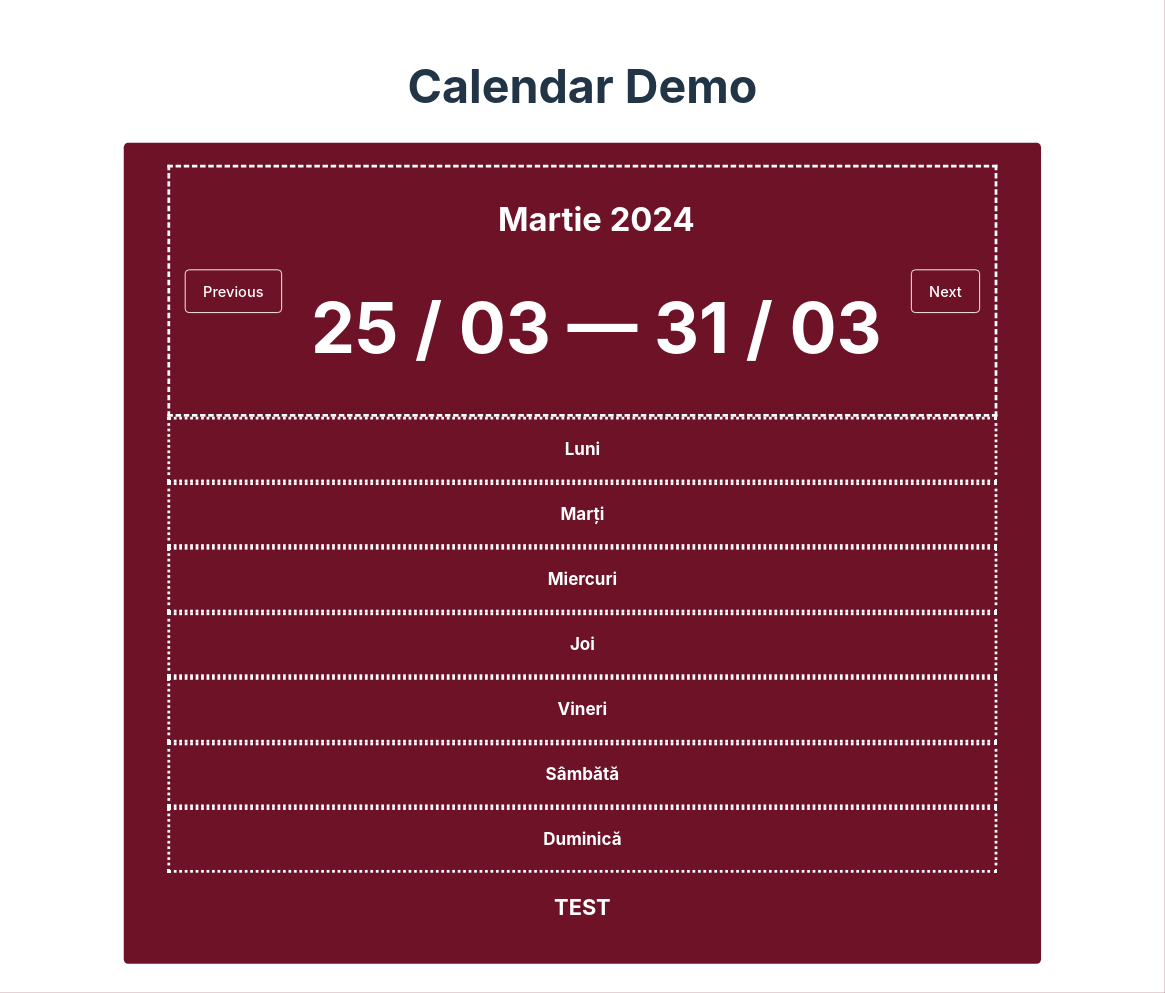
Repository: Maryie-B/weekly-calendar-scheduler
Page: /
The author's editor kept a copy of each file at every save. The page is drawn from the files as they stood at one save, then again after the next save.
The browser window is 1280 px wide. The pictures show the whole page, at 91% of full size.
The project was rebuilt for these pictures with package versions that can differ from the ones it lists, and the page was loaded fresh each time. Also part of the build but not shown: vite.config.js.

Above is the page before, as saved 2024-03-26 15:10:22.

After the next save:
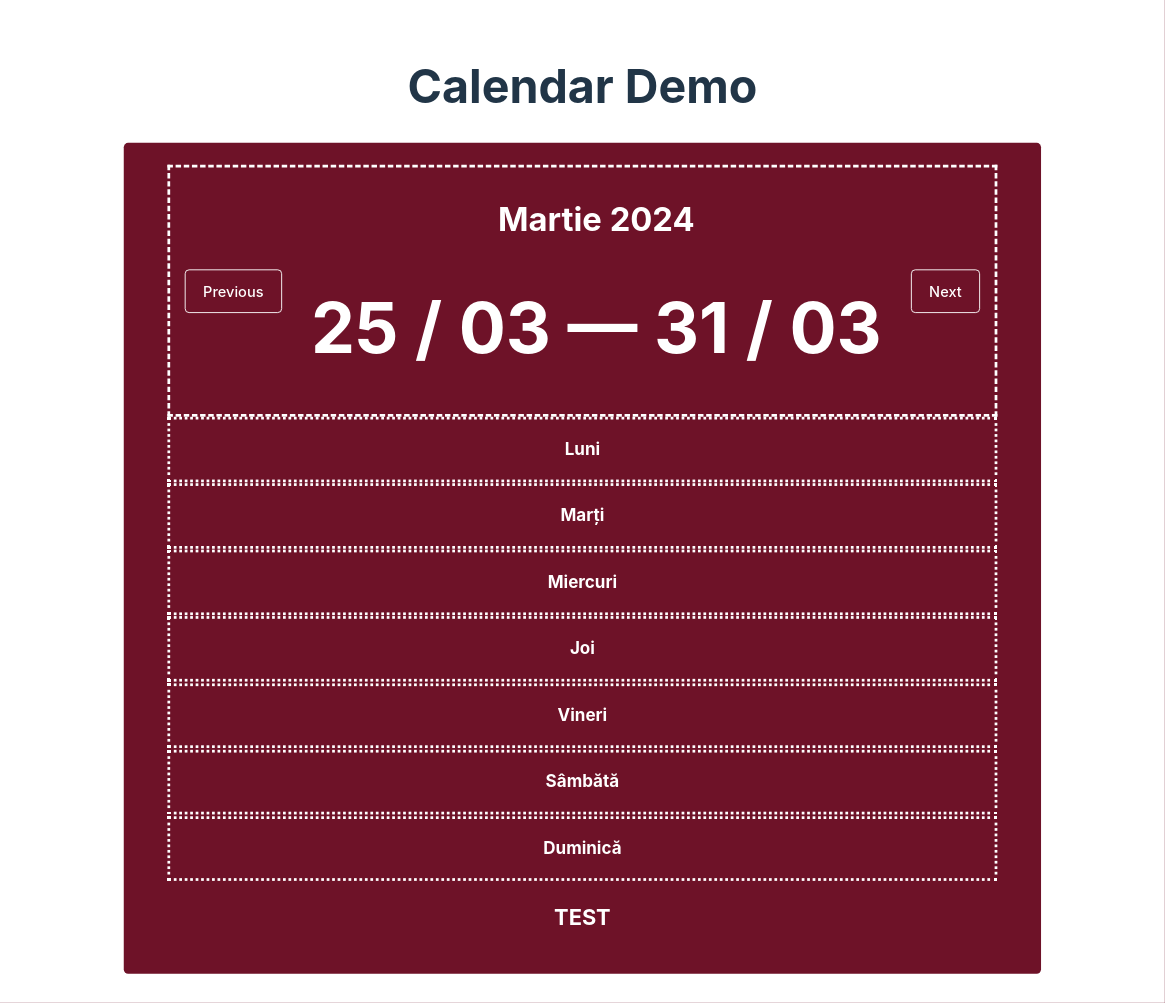
Saved 35 s later.
--- a/src/App.css
+++ b/src/App.css
@@ -41,6 +41,7 @@
 
 .calendar-days-wrapper {
   display: grid;
+  gap: 0.1rem;
 }
 
 .days-header {
